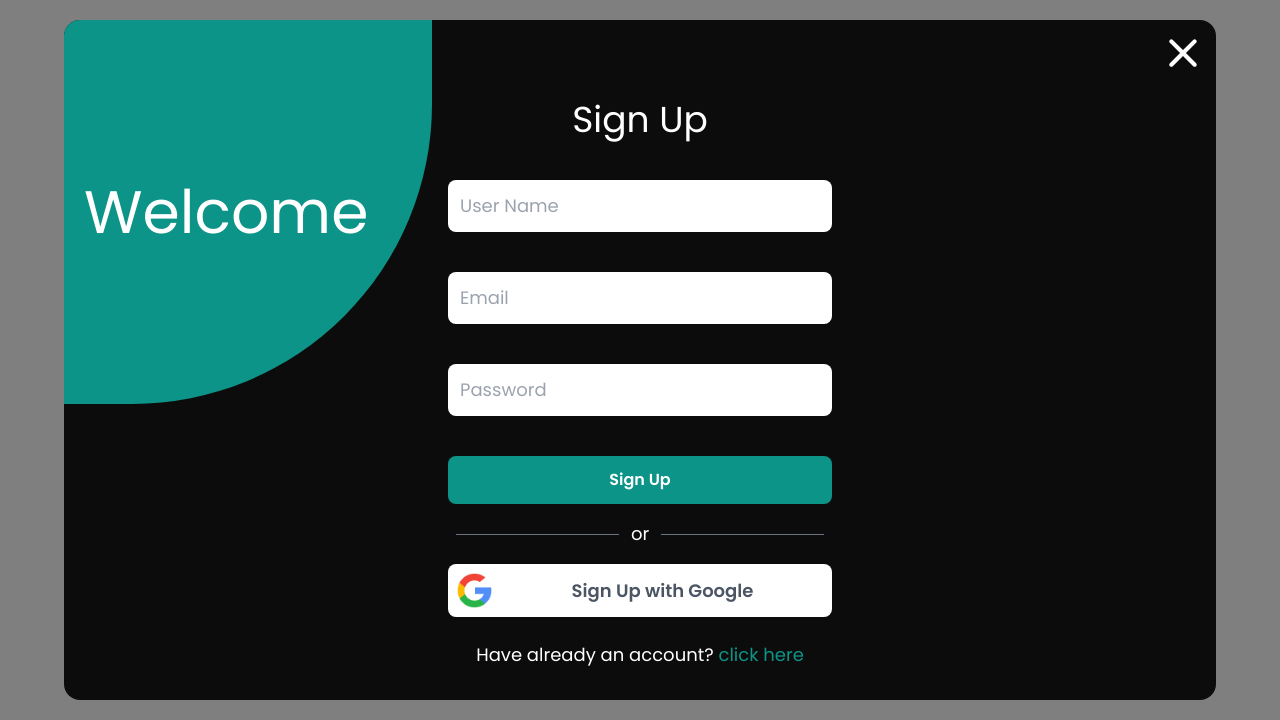
Repository: Ahmed77669/GT-Exams
Page: /
An editor plug-in stored every save of this project. The page is shown before and after the next save, followed by the edit.
The browser window is 1280 px wide. The pictures show the whole page.
The project was rebuilt for these pictures with package versions that can differ from the ones it lists, and the page was loaded fresh each time. The framework's server and built-in components were replaced by stand-ins that run in the browser. Also part of the build but not shown: next.config.mjs.

Above is the page before, as saved 2024-10-04 21:01:27.

### app/page.tsx
'use client'
import Login from "@/components/login";
import NavBarHome from "@/components/Navbar";
import Signup from "@/components/signup";
import Image from "next/image";

export default function Home() {
  return (
    <main>
<div className="fixed top-0 left-0 w-full h-full bg-black bg-opacity-50 flex justify-center items-center z-[1000]">
<div className="p-5 rounded-lg max-w-[1600px] w-full">
      <Login/>
      </div>
      </div>
          </main>
  );
}

### components/login.tsx
import React, { useState } from 'react';
import { Poppins } from "next/font/google";
import { CloseRounded } from '@mui/icons-material';
import { IconButton } from '@mui/material';
import google from '@/public/google.png';
import Image from 'next/image';
import { useRouter } from 'next/navigation';
import { motion } from 'framer-motion';


const poppins = Poppins({
  subsets: ["latin"],
  weight: ["100", "200", "300", "400", "500", "600", "700"],
});

interface SignupProps {
  closeSignup: () => void;
  toggleForm: (formType: 'login' | 'resetPassword') => void;
}

const pageVariants = {
  hidden: { opacity: 0, y: -20 },
  visible: { opacity: 1, y: 0, transition: { duration: 0.7 } },
};

const Signup: React.FC<SignupProps> = ({ closeSignup, toggleForm }) => {
  const route = useRouter();

  const handleSubmit = (event: React.FormEvent) => {
    event.preventDefault();
    route.push('./home');
  };




  return (
    <motion.div variants={pageVariants} initial="hidden" animate="visible">
      <section className={poppins.className}>
        <div className="flex justify-center items-center h-screen ">
          <div className="bg-black/90 w-full max-w-6xl rounded-2xl min-h-[680px]">
            <div className="grid md:grid-cols-3 gap-6 text-white">
              <div className="bg-teal-600 w-full h-96 rounded-tl-2xl rounded-br-[300px] flex items-center">
                <h1 className="text-6xl ml-5">Welcome</h1>
              </div>
              <div className="flex flex-col items-center justify-center mt-20">
                <p className="text-center mb-10 text-4xl">Sign Up</p>
                <form className="flex flex-col items-center" onSubmit={handleSubmit}>
                  <input
                    type="text"
                    name="name"
                    className="text-field w-96 text-lg p-3 mb-10 rounded-lg text-black"
                    placeholder="User Name"
                    required
                  />
                  <input
                    type="email"
                    name="email"
                    className="text-field w-96 text-lg p-3 mb-10 rounded-lg text-black"
                    placeholder="Email"
                    required
                  />
                  <input
                    type="password"
                    name="password"
                    className="text-field w-96 text-lg p-3 mb-10 rounded-lg text-black"
                    placeholder="Password"
                    required
                  />
                  <button className="w-96 bg-teal-600 text-white p-3 rounded-lg hover:opacity-90 font-semibold">
                    Sign Up
                  </button>
                </form>
                <div className="flex items-center mt-4 w-full">
                  <hr className="flex-1 border-t border-gray-500" />
                  <p className="mx-3 text-lg">or</p>
                  <hr className="flex-1 border-t border-gray-500" />
                </div>
                <div className="flex justify-center mt-4">
                  <button className="w-96 bg-white text-gray-600 p-1 rounded-lg flex items-center hover:opacity-90">
                    <Image src={google} alt="google icon" width={45} />
                    <span className="flex-1 text-center text-lg font-semibold">Sign Up with Google</span>
                  </button>
                </div>
                <div className="text-center mt-6">
                  <p className="text-lg">
                    Have already an account?{" "}
                    <span
                      className="text-teal-600 cursor-pointer"
                      onClick={() => toggleForm("login")}
                    >
                      click here
                    </span>
                  </p>
                </div>
              </div>
              <div className="flex justify-end  items-start ">
                <IconButton aria-label="close" onClick={closeSignup} className="m-5">
                  <CloseRounded className="text-white" style={{ fontSize: "50px" }} />
                </IconButton>
              </div>
            </div>
          </div>
        </div>
      </section>
    </motion.div>
  );
};

export default Signup;

Loaded but not shown: app/layout.tsx (common file); app/globals.css (common file); tailwind.config.ts (common file)

After the next save:
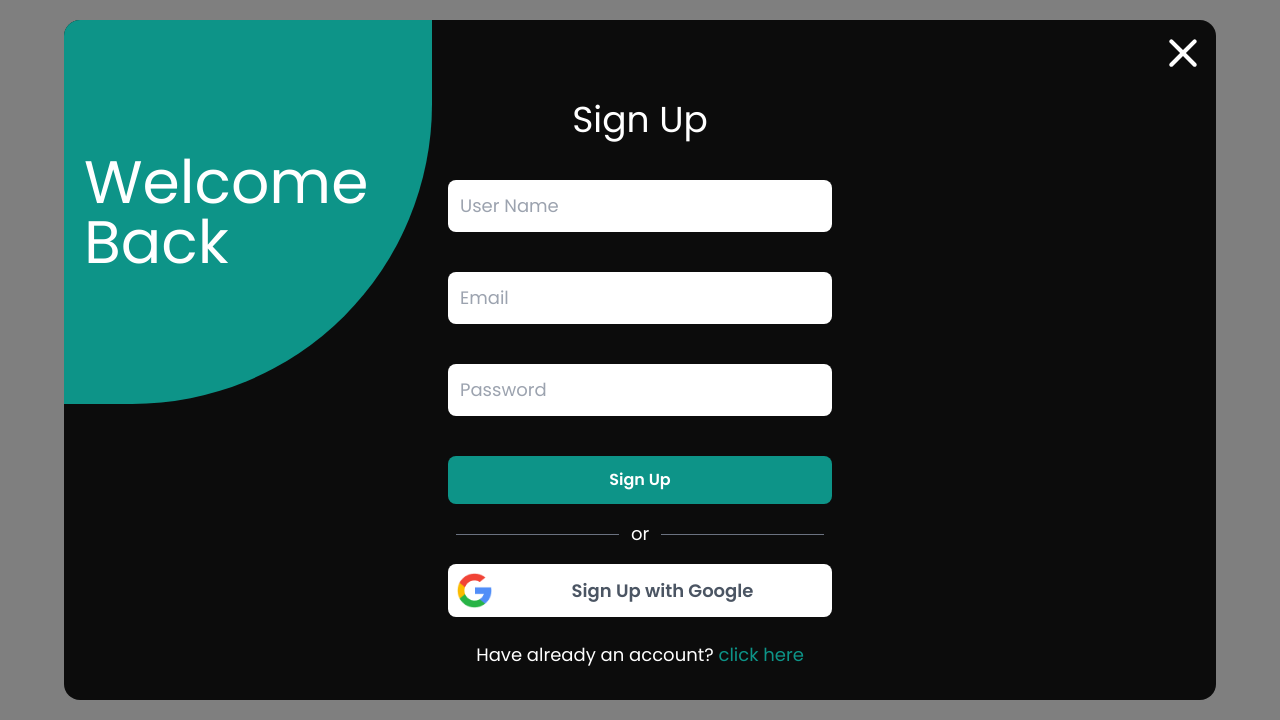
Saved 14 s later.
--- a/components/login.tsx
+++ b/components/login.tsx
@@ -41,7 +41,7 @@ const Signup: React.FC<SignupProps> = ({ closeSignup, toggleForm }) => {
           <div className="bg-black/90 w-full max-w-6xl rounded-2xl min-h-[680px]">
             <div className="grid md:grid-cols-3 gap-6 text-white">
               <div className="bg-teal-600 w-full h-96 rounded-tl-2xl rounded-br-[300px] flex items-center">
-                <h1 className="text-6xl ml-5">Welcome</h1>
+                <h1 className="text-6xl ml-5">Welcome Back</h1>
               </div>
               <div className="flex flex-col items-center justify-center mt-20">
                 <p className="text-center mb-10 text-4xl">Sign Up</p>
